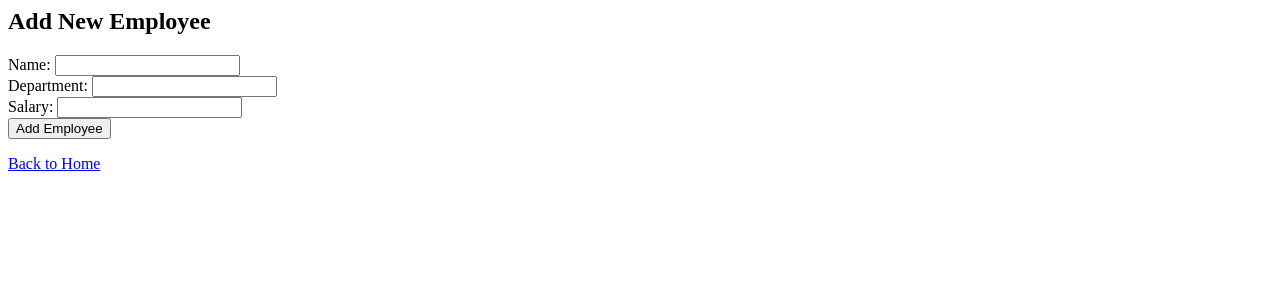
Repository: KUSUMA-74/Advance-JavaProject
Page: http://localhost/EmployeeWebApp/empadd.jsp
These files come from the project's save history. The page is drawn as it stood at one moment and after the next save; the edit follows.
The browser window is 1280 px wide. The pictures show the whole page.
The page is served by Tomcat 9.

Above is the page before, as saved 2025-05-30 04:59:34.

After the next save:
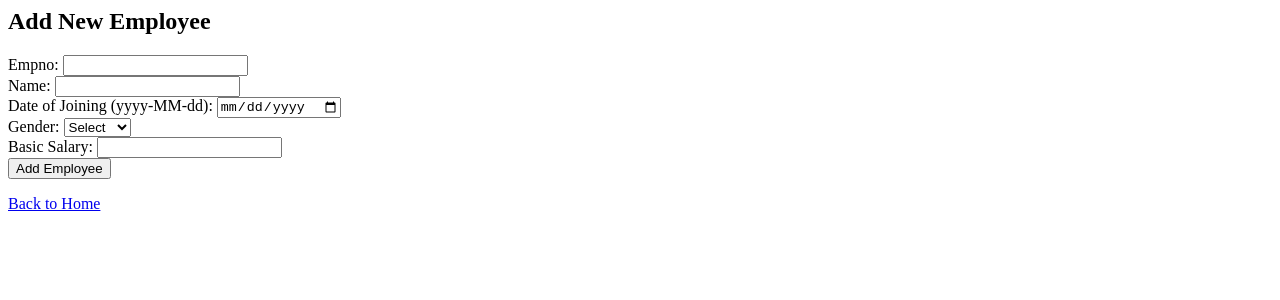
Saved 15 s later.
--- a/EmployeeWebApp/src/main/webapp/empadd.jsp
+++ b/EmployeeWebApp/src/main/webapp/empadd.jsp
@@ -3,10 +3,18 @@
 <body>
 <h2>Add New Employee</h2>
 <form action="AddEmployeeServlet" method="post">
-    Name: <input type="text" name="name" required/><br/>
-    Department: <input type="text" name="department" required/><br/>
-    Salary: <input type="number" step="0.01" name="salary" required/><br/>
-    <input type="submit" value="Add Employee"/>
+    Empno: <input type="number" name="empno" required /><br/>
+    Name: <input type="text" name="empName" required /><br/>
+    Date of Joining (yyyy-MM-dd): <input type="date" name="doj" required /><br/>
+    Gender:
+    <select name="gender" required>
+        <option value="">Select</option>
+        <option value="Male">Male</option>
+        <option value="Female">Female</option>
+        <option value="Other">Other</option>
+    </select><br/>
+    Basic Salary: <input type="number" step="0.01" name="bsalary" required /><br/>
+    <input type="submit" value="Add Employee" />
 </form>
 <a href="index.jsp">Back to Home</a>
 </body>
